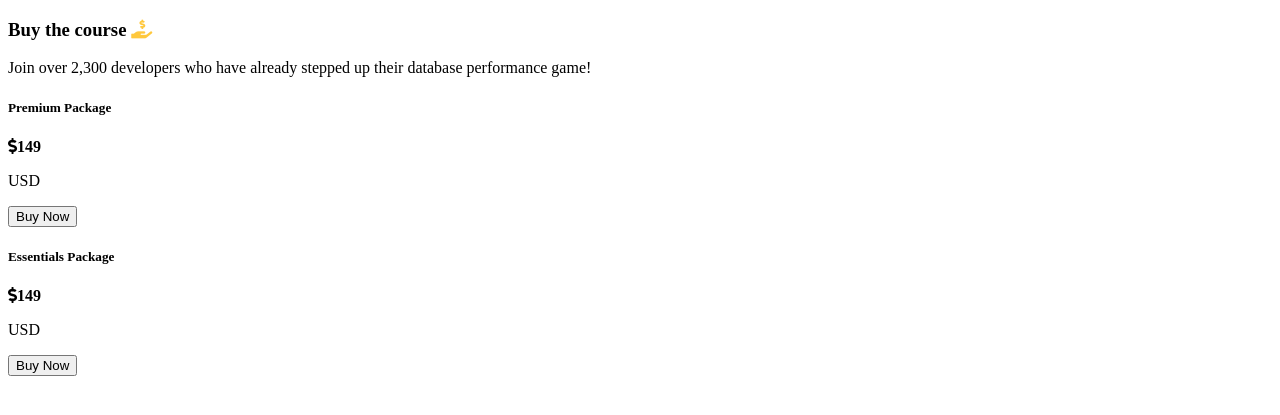
Repository: Z-ayat/Challenges
Page: Challenge 4/index.html
An editor plug-in stored every save of this project. The page is shown before and after the next save, followed by the edit.
The browser window is 1280 px wide. The pictures show the whole page.

Above is the page before, as saved 2021-09-07 00:22:34.

After the next save:
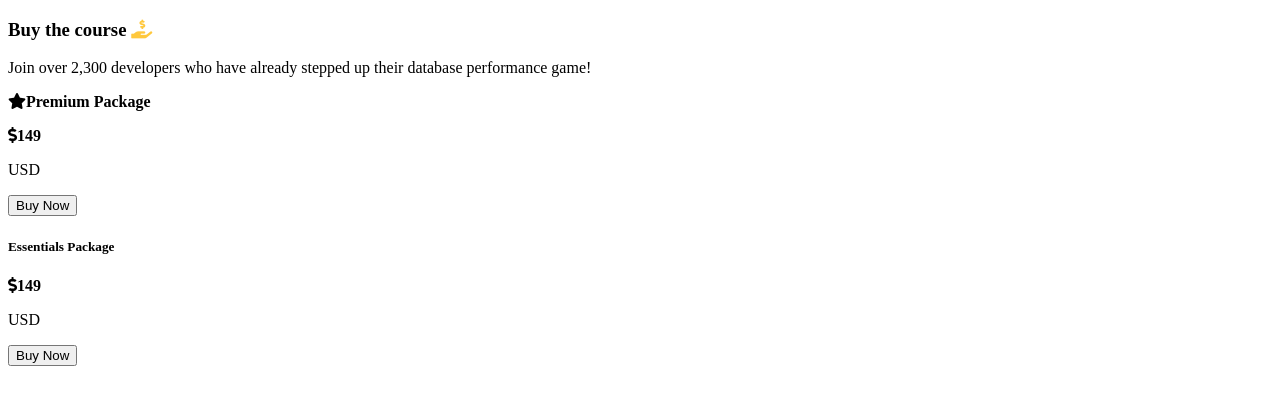
Saved 27 s later.
--- a/Challenge 4/index.html
+++ b/Challenge 4/index.html
@@ -18,7 +18,7 @@
             <p class="join">Join over 2,300 developers who have already stepped up their database performance game!</p>
         </div>
         <div class="prem-pack">
-            <h5>Premium Package</h5>
+            <i class="fas fa-star">Premium Package</i>
             <p class="specs"></p>
             <p class="specs"></p>
             <p class="specs"></p>
